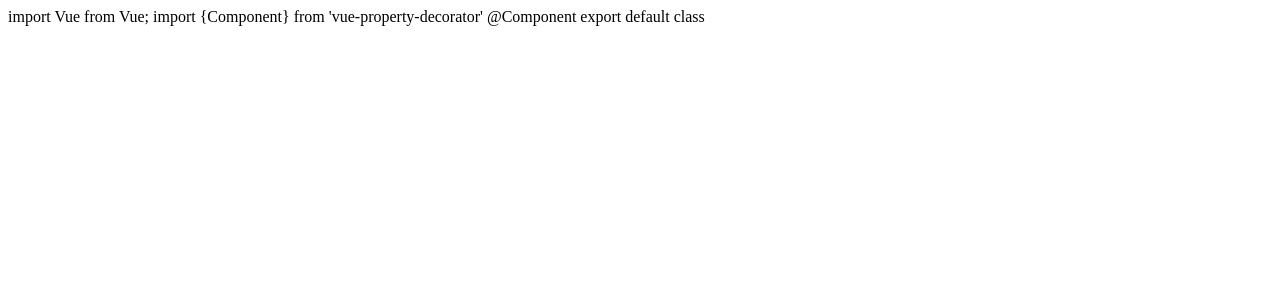
Repository: pawvan/amazonui
Page: sex.html
These files come from the project's save history. The page is drawn as it stood at one moment and after a run of saves; the edit follows.
The browser window is 1280 px wide. The pictures show the whole page.

Above is the page before, as saved 2025-01-01 14:38:23.

### sex.html
import Vue from Vue;
import {Component} from 'vue-property-decorator'
@Component
export default class

After the next 3 saves:
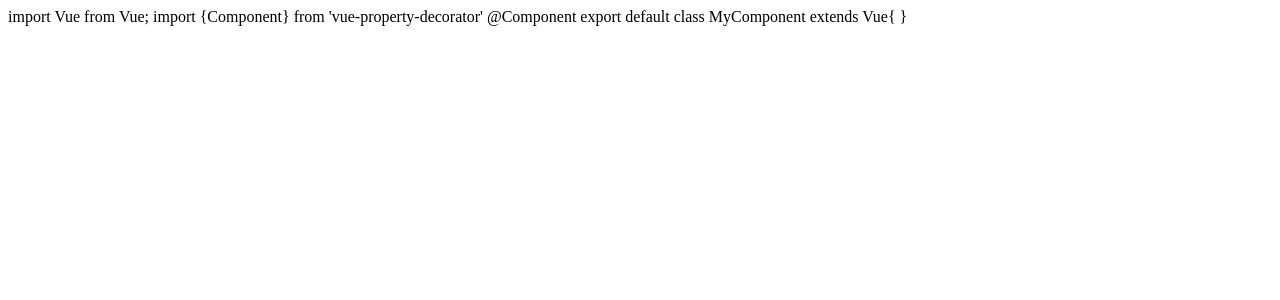
The 3 saves are shown as one change because they came seconds apart.
The last was saved 10 s later.
--- a/sex.html
+++ b/sex.html
@@ -1,4 +1,6 @@
 import Vue from Vue;
 import {Component} from 'vue-property-decorator'
 @Component
-export default class
+export default class MyComponent extends Vue{
+
+}
